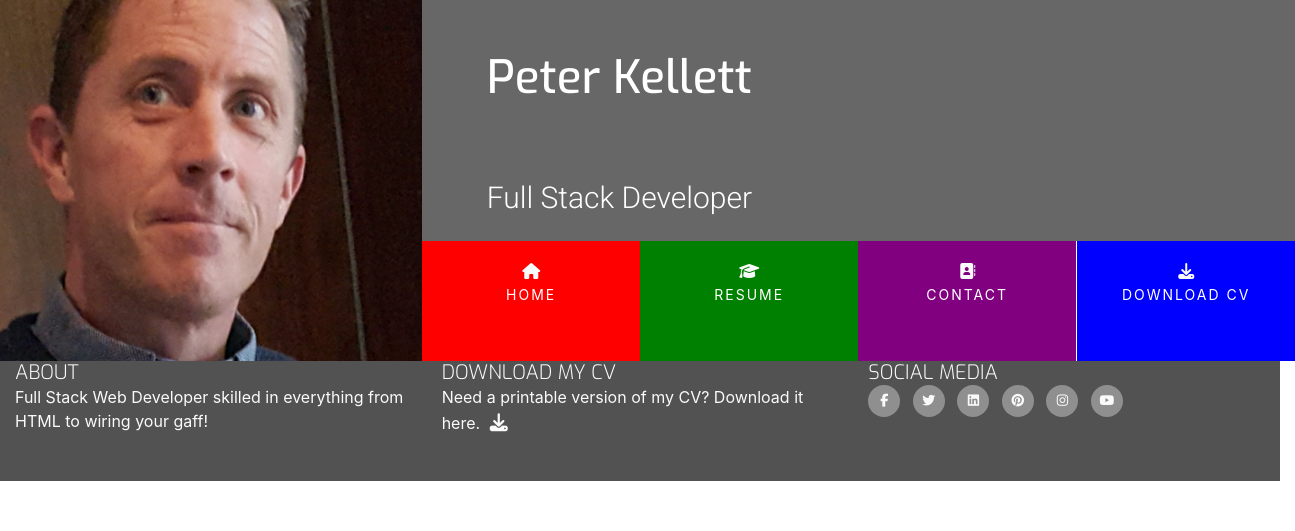
Repository: PeterKellett/ucd-resume
Page: index.html
The author's editor kept a record of every edit. The page is drawn from the files as they stood at one moment, then again after the next edit.
The browser window is 1280 px wide. The page is 1295 px wide, so the pictures cover 1295 px, including what lies to the right of the window. The pictures show the whole page.
Some web libraries are served in a nearby version.

Above is the page before.

### index.html
<!DOCTYPE html>
<html lang="en">

<head>
    <meta charset="UTF-8">
    <meta name="viewport" content="width=device-width, initial-scale=1.0">
    <meta http-equiv="X-UA-Compatible" content="ie=edge">
    <link rel="stylesheet" href="" type="text/css" />
    <link rel="stylesheet" href="https://stackpath.bootstrapcdn.com/bootstrap/4.3.1/css/bootstrap.min.css" integrity="sha384-ggOyR0iXCbMQv3Xipma34MD+dH/1fQ784/j6cY/iJTQUOhcWr7x9JvoRxT2MZw1T" crossorigin="anonymous">
    <script src="https://kit.fontawesome.com/5522ae6586.js"></script>
    <link rel="stylesheet" href="https://cdnjs.cloudflare.com/ajax/libs/hover.css/2.3.1/css/hover-min.css" type="text/css" />

    <link rel="stylesheet" href="assets/css/style.css" type="text/css" />
    <title>Peter</title>
</head>

<body>
    <!--header-->
    <header>
        <div class="row">
            <a href="index.html" class="col-md-4 logo"></a>
            <div class="col-md-8">
                <div class="row bg-color-name-title">
                    <div class="col heading">
                        <h1 class="name">Peter Kellett</h1>
                    </div>
                </div>
                <div class="row bg-color-name-title">
                    <div class="col heading">
                        <h2 class="title">Full Stack Developer</h2>
                    </div>
                </div>
                <div class="row menucontainer">
                    <a href="index.html" class="col-6 col-sm-3 tab-home hvr-sweep-to-bottom">
                        <i class="fas fa-home" aria-hidden="true"></i>
                        <span> Home</span>
                    </a>
                    <a href="resume.html" class="col-6 col-sm-3 tab-resume hvr-sweep-to-bottom">
                        <i class="fas fa-graduation-cap" aria-hidden="true"></i>
                        <span> Resume</span>
                    </a>
                    <a href="contact.html" class="col-6 col-sm-3 tab-contact hvr-sweep-to-bottom">
                        <i class="fas fa-address-book" aria-hidden="true"></i>
                        <span> Contact</span>
                    </a>
                    <a href="" class="col-6 col-sm-3 tab-cv hvr-sweep-to-bottom">
                        <i class="fas fa-download" aria-hidden="true"></i>
                        <span> Download CV</span>
                    </a>
                </div>
            </div>
        </div>
    </header>
    <!--End header-->

    <!--section-->
    <section>

    </section>
    <!--End section-->

    <!--footer-->
    <footer class="container-fluid">
        <div class="row" id="footer-header">
            <div class="col-sm-4">
                <h5 class="uppercase general-sub">About</h5>
                <p class="inline-block">Full Stack Web Developer skilled in everything from HTML to wiring your gaff!</p>
            </div>
            <div class="col-sm-4">
                <h5 class="uppercase general-sub">Download my CV</h5>
                 <p class="inline-block">Need a printable version of my CV? Download it here.
                 <a href="#" target="_blank" class="cv-pdf">
                     <i class="fa fa-download" aria-hidden="true"></i>
                     <span class="sr-only">Download link.</span>
                 </a></p>
            </div>
            <div class="col-sm-4">
                <h5 class="uppercase general-sub">Social Media</h5>
                <ul class="list-inline social-links">
                    <li class="list-inline-item">
                        <a href="#" target="_blank">
                            <i class="fab fa-facebook-f" aria-hidden="true"></i>
                            <span class="sr-only">Facebook</span>
                        </a>
                    </li>
                    <li class="list-inline-item">
                        <a href="#" target="_blank">
                            <i class="fab fa-twitter" aria-hidden="true"></i>
                            <span class="sr-only">Twitter</span>
                        </a>
                    </li>
                    <li class="list-inline-item">
                        <a href="#" target="_blank">
                            <i class="fab fa-linkedin" aria-hidden="true"></i>
                            <span class="sr-only">LinkedIn</span>
                        </a>
                    </li>
                    <li class="list-inline-item">
                        <a href="#" target="_blank">
                            <i class="fab fa-pinterest" aria-hidden="true"></i>
                            <span class="sr-only">Pinterest</span>
                        </a>
                    </li>
                    <li class="list-inline-item">
                        <a href="#" target="_blank">
                            <i class="fab fa-instagram" aria-hidden="true"></i>
                            <span class="sr-only">Instagram</span>
                        </a>
                    </li>
                    <li class="list-inline-item">
                        <a href="#" target="_blank">
                            <i class="fab fa-youtube" aria-hidden="true"></i>
                            <span class="sr-only">YouTube</span>
                        </a>
                    </li>
                </ul>
            </div>
        </div>

    </footer>
    <!--End footer-->
</body>

</html>

### assets/css/style.css
@import url('https://fonts.googleapis.com/css?family=Roboto:100,200,300,400,500,600,700|Exo:100,200,300,400,500,600,700');

/*-----------------------------------Header--------*/

header {
    margin: 0;
}

.heading {
    margin-left: 50px;
}

.heading .name {
    font-family: "Exo", sans-serif;
    font-weight: 500;
    font-size: 46px;
    margin-top: 50px;
    margin-bottom: 50px;
    color: #ffffff;
}

.heading .title {
    font-family: "Roboto", sans-serif;
    font-weight: 300;
    font-size: 30px;
    margin-top: 25px;
    margin-bottom: 25px;
    color: #ffffff;
}

/*------------------------------------Headings--------------------*/

h1,
h2,
h3,
h4,
h5 {
    margin: 0;
}

.footer-header {
    padding: 20px;
}

/*---------------------------------General-------------------------*/
.uppercase {
    text-transform: uppercase;
}

.general-sub {
    font-family: "Exo", sans-serif;
    font-weight: 300;
    color: #fafafa;
}

.inline-block {
    display: inline-block;
}
/*--------------------------------Containers------------*/

.menucontainer {
    height: 120px;
    text-align: center;
    padding: 0;
}

.tab-home {
    background-color: red;
    color: #ffffff;
}

.tab-resume {
    background-color: green;
    color: #ffffff;
}

.tab-contact {
    background-color: purple;
    color: #ffffff;
}

.tab-cv {
    background-color: blue;
    color: #ffffff;
}


/*-------------------------------Colors----------*/

.bg-color-name-title {
    background-color: #676767;
}

/*---------------Logo----------*/

.logo {
    background: url("../images/profile_pic.png");
    background-position: center;
    background-repeat: no-repeat;
    background-size: cover;
    min-height: 360px;
    padding: 0;
    transition: all .5s ease-in-out;
    -moz-transition: all .5s ease-in-out;
    /*browser prefix*/
    -webkit-transition: all .5s ease-in-out;
    /*vendor prefix*/
    -o-transition: all .5s ease-in-out;
}

/*-------------------------------------Links----------------------*/

a:hover {
    text-decoration: none;
    font-weight: bold;
}

.menucontainer a i {
    padding-top: 22px;
    display: block;
    color: #fafafa;
}

.menucontainer a span {
    display: block;
    width: 100%;
    padding-top: 5px;
    text-transform: uppercase;
    font-size: 14px;
    font-weight: 400;
    letter-spacing: 2px;
}


/*-------------------------------FX Hover------------------------*/

.hvr-sweep-to-bottom:before {
    background-color: rgba(0, 0, 0, 0.2);
    height: 120px;
    padding: 0;
}


/*-------------------------------Footer-----------------------------*/
footer {
    background-color: #525252;
    color: #fafafa;
    min-height: 120px;
    margin: 0;
}

.cv-pdf {
    font-size: 18px;
    color: #fafafa;
    text-align: center;
    padding-left: 5px;
    transition: all 0.35s ease-in-out;
    -moz-transition: all 0.35s ease-in-out;
    -webkit-transition: all 0.35s ease-in-out;
    -o-transition: all 0.35s ease-in-out;
}

.cv-pdf i:hover {
    color: #e84610;
}

.social-links {
    padding-bottom: 15px;
}

.social-links li a i {
    width: 32px;
    height: 32px;
    padding: 12px 0;
    border-radius: 50%;
    font-size: 13px;
    line-height: 7px;
    text-align: center;
    color: #fafafa;
    background-color: #8f8f8f;
    -moz-transition: all 0.35s ease-in-out;
    -webkit-transition: all 0.35s ease-in-out;
    -o-transition: all 0.35s ease-in-out;
}

.social-links li a i:hover {
    background-color: #e84610;
}

After the next edit:
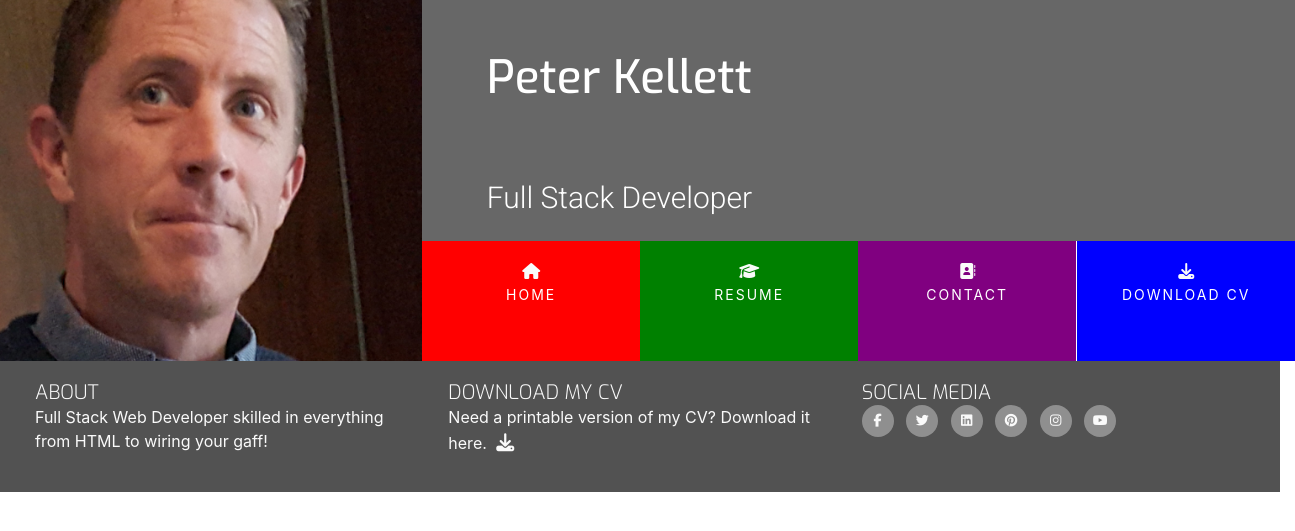
The edit:
--- a/assets/css/style.css
+++ b/assets/css/style.css
@@ -38,7 +38,7 @@
     margin: 0;
 }
 
-.footer-header {
+#footer-header {
     padding: 20px;
 }
 
